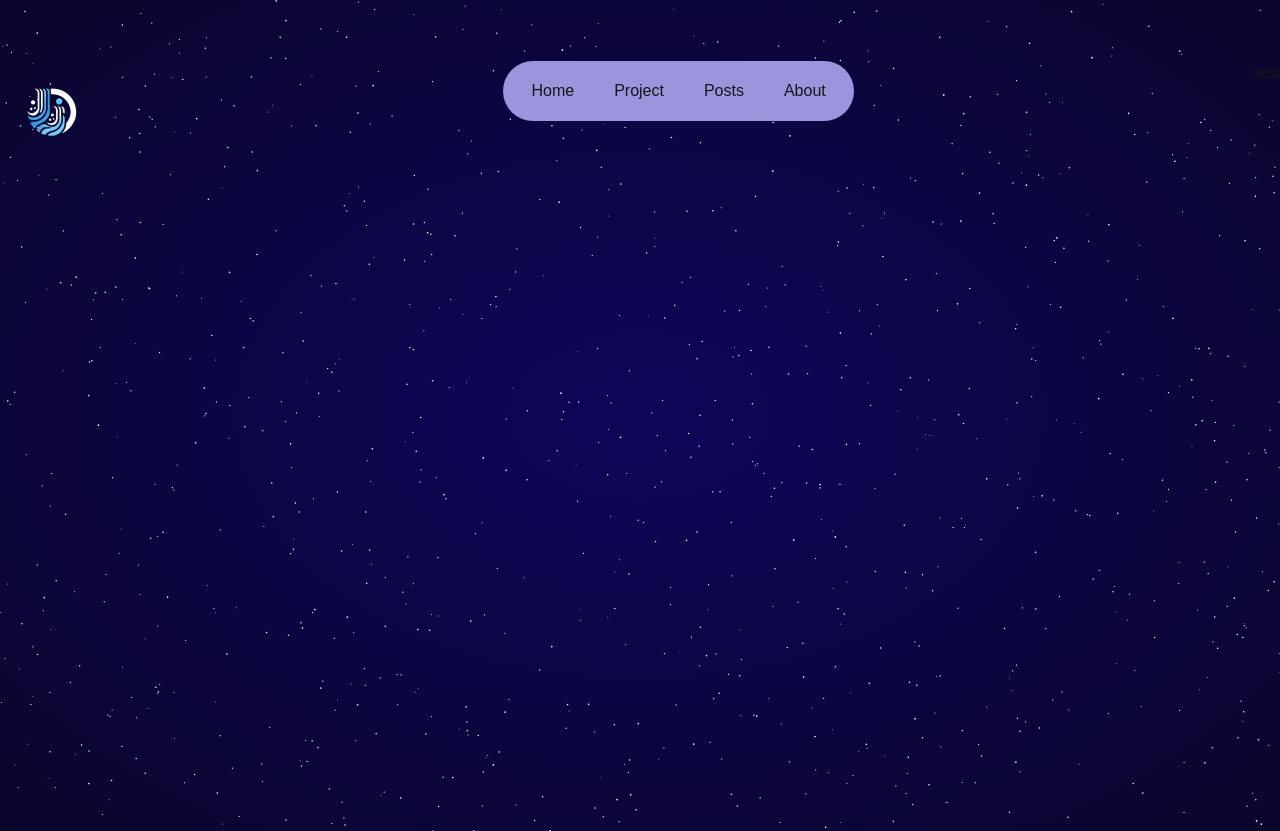
Repository: david-william19/david-william
Page: /
The author's editor kept a copy of each file at every save. The page is drawn from the files as they stood at one save, then again after the next save.
The browser window is 1280 px wide. The pictures show the whole page.
The project was rebuilt for these pictures with package versions that can differ from the ones it lists, and the page was loaded fresh each time. The framework's server and built-in components were replaced by stand-ins that run in the browser. Also part of the build but not shown: next.config.js, next.config.ts, vite.config.ts.

Above is the page before, as saved 2024-10-26 22:50:36.

### src/app/layout.tsx
import type { Metadata } from "next";
import localFont from "next/font/local";
import "./globals.css";
import Image from "next/image";
import NavbarComponent from "@/components/navbar";

const geistSans = localFont({
  src: "./fonts/GeistVF.woff",
  variable: "--font-geist-sans",
  weight: "100 900",
});
const geistMono = localFont({
  src: "./fonts/GeistMonoVF.woff",
  variable: "--font-geist-mono",
  weight: "100 900",
});

export const metadata: Metadata = {
  title: "Create Next App",
  description: "Generated by create next app",
};

export default function RootLayout({
  children,
}: Readonly<{
  children: React.ReactNode;
}>) {
  return (
    <html lang="en">
      <body
        className={`${geistSans.variable} ${geistMono.variable} antialiased`}
      >
        <div className="w-full min-h-screen bg-radial-space">
          <NavbarComponent />
            <Image
                className="w-full"
                src={"/images/stars.svg"}
                alt="stars"
                width={1920}
                height={1080}
            />
            {children}
        </div>
      </body>
    </html>
  );
}

### src/app/(home)/layout.tsx
import type { Metadata } from "next";
import "./globals.css";
import NavbarComponent from "@/components/navbar";
import { Open_Sans } from "next/font/google";
import localFont from "next/font/local";
import ReactQueryProvider from "@/providers/ReactQueryProvider";
import SmoothScrollProvider from "@/providers/SmoothScrollProvider";
import React from "react";

export const metadata: Metadata = {
  title: "David's Portfolio",
  description: "front end developer who loves to code",
};

const openSans = Open_Sans({
  subsets: ['latin'],
  variable: "--font-sans"
})

const thunderFont = localFont({
  src: [
    {
      path: "./fonts/Thunder-ExtraBoldLC.woff",
      weight: "800",
      style: "normal",
    },
    {
      path: "./fonts/Thunder-LC.woff",
      weight: "400",
      style: "normal",
    },
    {
      path: "./fonts/Thunder-LightLC.woff",
      weight: "300",
      style: "normal",
    },
    {
      path: "./fonts/Thunder-MediumLC.woff",
      weight: "500",
      style: "normal",
    },
    {
      path: "./fonts/Thunder-SemiBoldLC.woff",
      weight: "600",
      style: "normal",
    }
  ],
  variable: "--font-thunder"
})

export default function RootLayout({
  children,
}: Readonly<{
  children: React.ReactNode;
}>) {
  return (
    <html lang="en">
      <head>
        <link rel="icon" href="/favicon.ico" sizes="any" />
      </head>
      <body
        className={`${openSans.variable} ${thunderFont.variable} antialiased`}
      >
        <div className="w-full bg-[#07131c] h-screen">
          <ReactQueryProvider>
            <SmoothScrollProvider>
            <React.Fragment>
            <NavbarComponent />
            {children}
            </React.Fragment>
            </SmoothScrollProvider>
          </ReactQueryProvider>
        </div>
      </body>
    </html>
  );
}

### src/app/(home)/(page)/page.tsx

export default function Page() {
    return (
        <div>
            Hello world
        </div>
    );
}

### src/components/navbar/index.tsx
import Image from "next/image";

export default function NavbarComponent() {
    return (
        <nav className="w-full lg:pt-[61px] flex justify-between fixed">
            <Image
                alt="logo-david"
                src={"/images/logo-david.png"}
                width={103}
                height={103}
            />

            <ul className="rounded-full p-[8px] bg-[#9B95DE] flex h-fit list-none">
                <li className="px-5 py-2.5">
                    Home
                </li>
                <li className="px-5 py-2.5">
                    Project
                </li>
                <li className="px-5 py-2.5">
                    Posts
                </li>
                <li className="px-5 py-2.5">
                    About
                </li>
            </ul>

            <p>
                test
            </p>
        </nav>
    )
}

### src/providers/ReactQueryProvider.tsx
"use client";

import { QueryClientProvider, QueryClient } from "react-query";
import { useState } from "react";

const ReactQueryProvider = ({ children }: { children: React.ReactNode }) => {
  const [queryClient] = useState(() => new QueryClient());

  return (
    <QueryClientProvider client={queryClient}>{children}</QueryClientProvider>
  );
};

export default ReactQueryProvider;

### src/providers/SmoothScrollProvider.tsx
import {ReactLenis} from "lenis/react"
import React from "react"

export default function SmoothScrollProvider({children} : {children: React.ReactElement})  {

    return (
        <ReactLenis root>
            {children}
        </ReactLenis>
    )
}

### tailwind.config.ts
import type { Config } from "tailwindcss";

const config: Config = {
  content: [
    "./src/pages/**/*.{js,ts,jsx,tsx,mdx}",
    "./src/components/**/*.{js,ts,jsx,tsx,mdx}",
    "./src/app/**/*.{js,ts,jsx,tsx,mdx}",
  ],
  theme: {
    extend: {
      colors: {
        background: "var(--background)",
        foreground: "var(--foreground)",
      },
      backgroundImage: {
        "radial-space": "radial-gradient(#0E055B 0%, #0A062B 100%)",
      },
    },
  },
  plugins: [],
};
export default config;

Loaded but not shown: src/app/globals.css (common file)

After the next save:
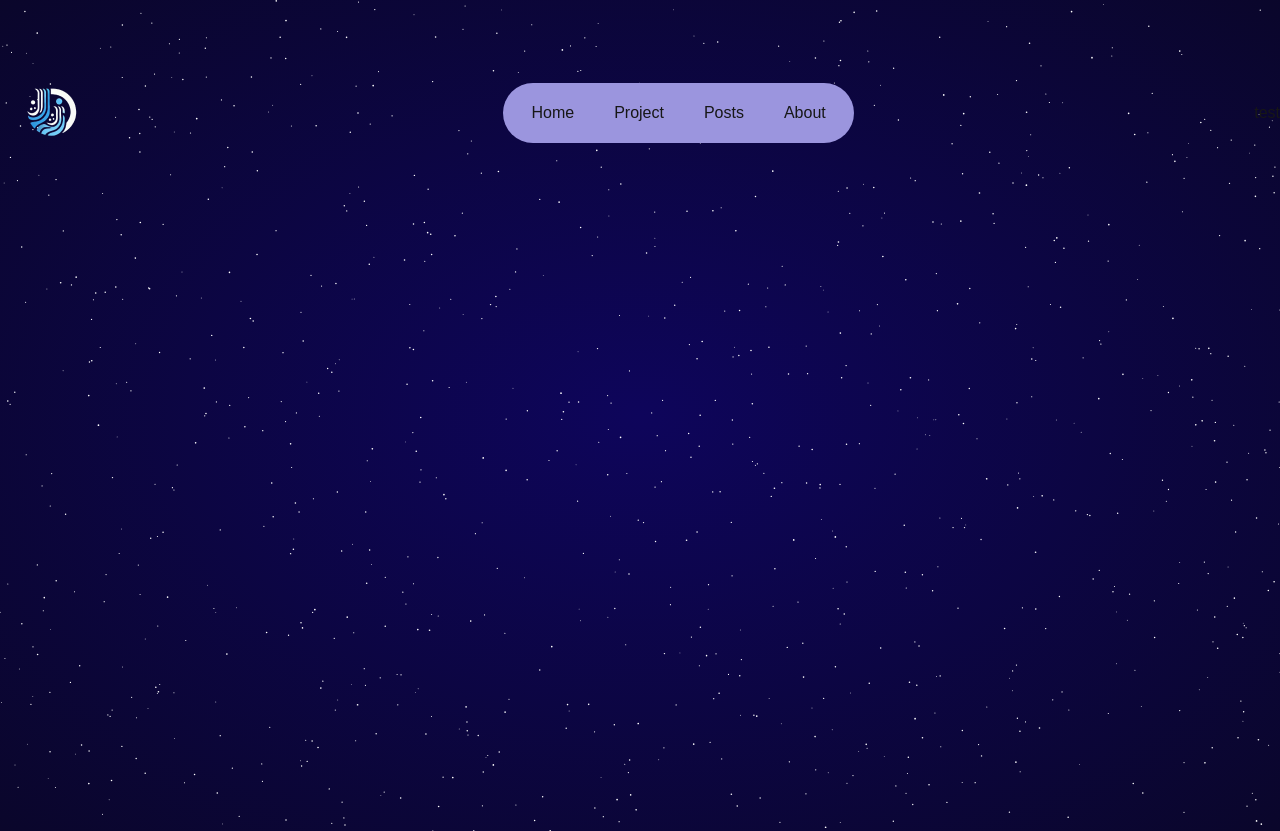
Saved 16 s later.
--- a/src/components/navbar/index.tsx
+++ b/src/components/navbar/index.tsx
@@ -2,7 +2,7 @@ import Image from "next/image";
 
 export default function NavbarComponent() {
     return (
-        <nav className="w-full lg:pt-[61px] flex justify-between fixed">
+        <nav className="w-full lg:pt-[61px] flex justify-between items-center fixed">
             <Image
                 alt="logo-david"
                 src={"/images/logo-david.png"}
